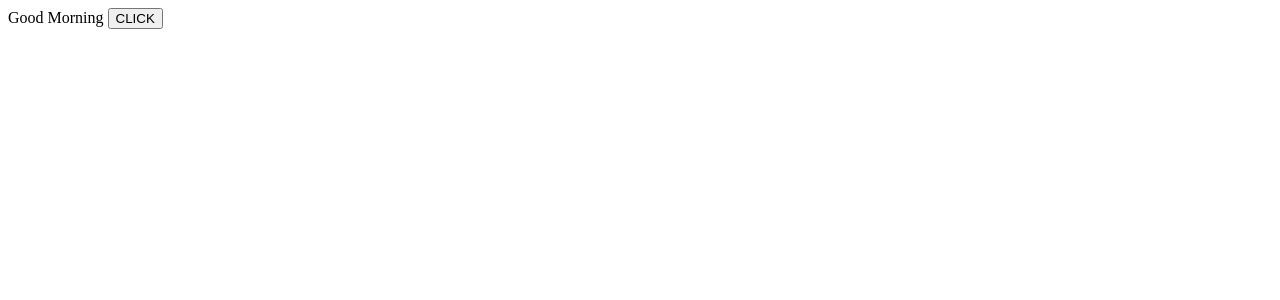
Repository: seonyeob94/BasicReact
Page: HELLO_HTML/js02.html
These files come from the project's save history. The page is drawn as it stood at one moment and after the next save; the edit follows.
The browser window is 1280 px wide. The pictures show the whole page.

Above is the page before, as saved 2025-05-12 07:56:31.

After the next save:
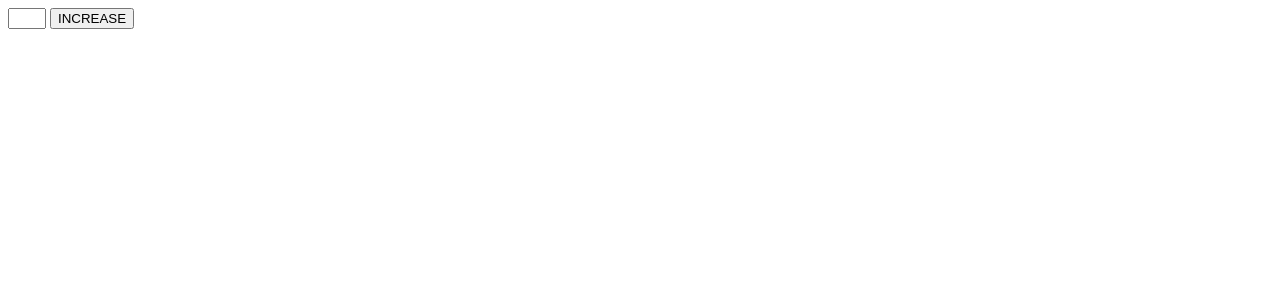
Saved 16 min 9 s later.
--- a/HELLO_HTML/js02.html
+++ b/HELLO_HTML/js02.html
@@ -3,21 +3,14 @@
 <head>
 <meta charset="UTF-8">
 <title>Insert title here</title>
-<script type="text/javascript">
-	document.addEventListener("DOMContentLoaded", () => {
-
-			// HTML 로딩 완료 후 실행
-		  const span = document.getElementById("myspan");
-		  const btn = document.querySelector("button");
-
-		  btn.addEventListener("click", () => {
-		    span.innerHTML = "Good Evening";
-		  });
-		});
-</script>
+<style>
+#it{
+	width: 30px;
+}
+</style>
 </head>
 <body>
-	<span id="myspan">Good Morning</span>
-	<button >CLICK</button>
+	<input type="text" id="it"/>
+	<button>INCREASE</button>
 </body>
 </html>
